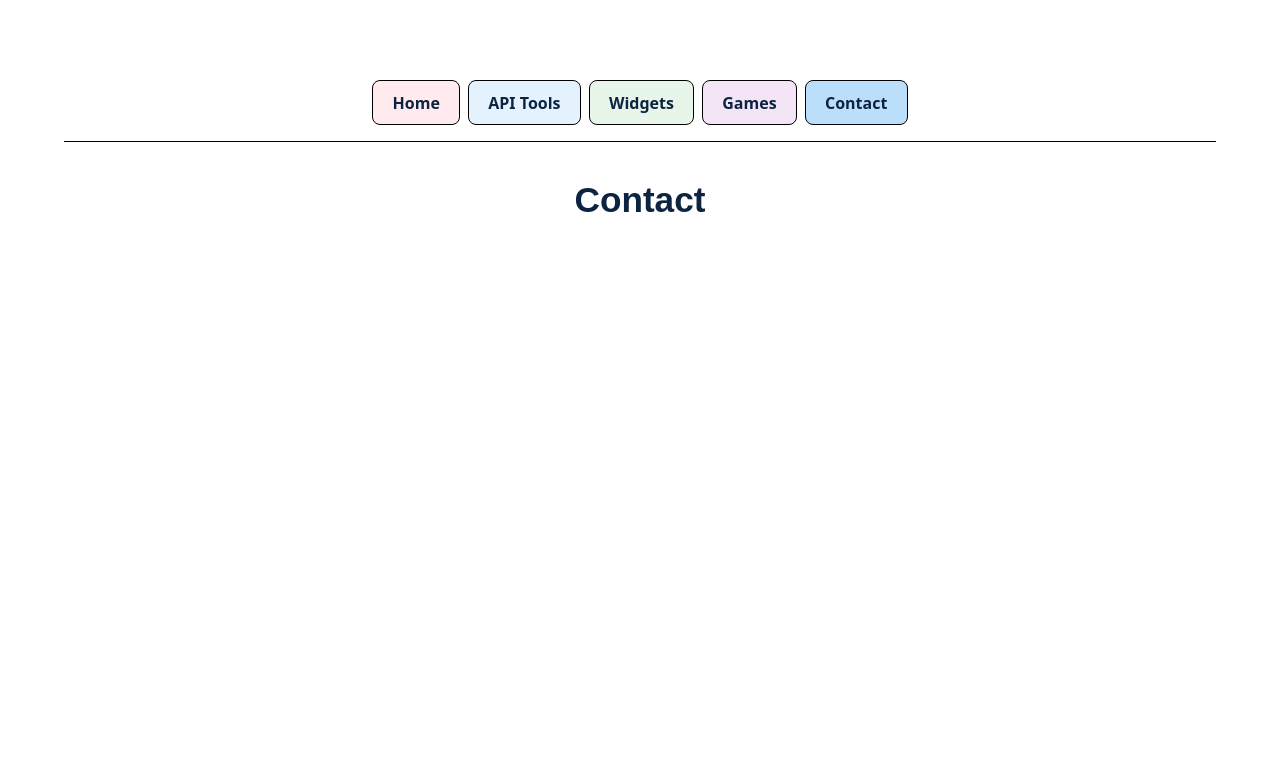
Repository: ourshadetree/TimPortfolio
Page: /contact
These files come from the project's save history. The page is drawn as it stood at one moment and after the next save; the edit follows.
The browser window is 1280 px wide. The pictures show the whole page.
The project was rebuilt for these pictures with package versions that can differ from the ones it lists, and the page was loaded fresh each time. Also part of the build but not shown: vite.config.js, src/views/HomeView.vue, src/components/MovieApi.vue, src/components/WeatherApi.vue, src/views/ApiTools.vue, src/components/Calculator.vue, src/components/UnitConverter.vue, src/views/Widgets.vue and 3 more. Imported but missing from the stored project, and not drawn on this page: src/assets/CurrentResumeTimSB.pdf.

Above is the page before, as saved 2025-05-07 14:12:09.

### src/main.js
// src/main.js
import { createApp } from 'vue'
import App        from './App.vue'
import { router } from './router'
import './assets/style.css'         // your reset / base styles

createApp(App)
  .use(router)
  .mount('#app')

### src/App.vue
<!-- src/App.vue -->
<template>
  <div id="app">
    <header>
      <nav>
        <router-link to="/"       class="tab tab--home">Home</router-link>
        <router-link to="/api-tools" class="tab tab--api">API Tools</router-link>
        <router-link to="/widgets"   class="tab tab--widgets">Widgets</router-link>
        <router-link to="/games"     class="tab tab--games">Games</router-link>
        <router-link to="/contact"   class="tab tab--contact">Contact</router-link>
      </nav>
    </header>
    <main>
      <router-view/>
    </main>
  </div>
</template>


<script setup>
// no script needed here yet
</script>

<style>
#app {
  background: white;
  min-height: 100vh;
}

/* header/nav styling */
header {
  padding: 1rem;
  border-bottom: 1px solid black;
  text-align: center;
}
nav {
  display: inline-flex;
  gap: 0.5rem;
}
nav a {
  padding: 0.5rem 1rem;
  border: 1px solid black;
  border-radius: 8px;
  background: #FDEFF9; /* pastel pink */
  color: #0C2442;
  text-decoration: none;
  font-weight: bold;
}
nav a.router-link-active {
  background: yellow; /* pastel blue when active */
}

/* base tab style */
.tab {
  padding: 0.6rem 1.2rem;
  border: 1px solid #000;
  border-radius: 8px;
  text-decoration: none;
  font-weight: bold;
  color: #0C2442;
  transition: opacity .2s;
}
.tab:hover {
  opacity: 0.8;
}

/* pastel colours for each */
.tab--home     { background: #FFEBEE; } /* very light pink */
.tab--api      { background: #E3F2FD; } /* very light blue */
.tab--widgets  { background: #E8F5E9; } /* very light green */
.tab--games    { background: #F3E5F5; } /* very light purple */
.tab--contact  { background: #FFFDE7; } /* very light yellow */

</style>

### src/router/index.js
// src/router/index.js
import { createRouter, createWebHistory } from 'vue-router'
import HomeView    from '../views/HomeView.vue'
import ApiTools    from '../views/ApiTools.vue'
import Widgets     from '../views/Widgets.vue'
import Games       from '../views/Games.vue'
import Contact     from '../views/Contact.vue'

const routes = [
  { path: '/',           name: 'Home',      component: HomeView },
  { path: '/api-tools',   name: 'API Tools', component: ApiTools },
  { path: '/widgets',     name: 'Widgets',   component: Widgets },
  { path: '/games',       name: 'Games',     component: Games },
  { path: '/contact',     name: 'Contact',   component: Contact },
]

export const router = createRouter({
  history: createWebHistory(),
  routes,
})

### src/assets/style.css
/* ------------------------------------------------------------------------
   src/assets/style.css
   ————————————————————————————————————————————————————————————————
   1) Reset / base
   2) Layout (#app, header/nav)
   3) Typography (h1)
   4) Tabs (.tab, .tab--*)
   5) Buttons, links, etc.
   ------------------------------------------------------------------------ */

/* 1) -------- Reset / Base -------- */
:root {
  /* overall color scheme */
  background-color: #ffffff;
  color: #0C2442; /* dark blue text */
  font-family: Karla, system-ui, sans-serif;
  line-height: 1.5;
}

*,
*::before,
*::after {
  box-sizing: border-box;
  margin: 0;
  padding: 0;
}

/* 2) --------#app & header/nav layout -------- */
#app {
  max-width: 1280px;
  margin: 0 auto;
  padding: 2rem;
  text-align: center;
  background: white;
  min-height: 100vh;
}

header {
  padding-bottom: 1rem;
  border-bottom: 1px solid black;
  margin-bottom: 2rem;
}

nav {
  display: inline-flex;
  gap: 0.5rem;
}

/* 3) -------- Typography -------- */
#app h1 {
  font-family: 'Sora', sans-serif;
  font-size: 2.2rem;
  font-weight: 900;
  margin: 1rem 0;
}

/* 4) -------- Tabs -------- */
.tab {
  display: inline-block;
  padding: 0.6rem 1.2rem;
  border: 1px solid black;
  border-radius: 8px;
  text-decoration: none;
  font-weight: bold;
  color: #0C2442;
  transition: opacity 0.2s;
}
.tab:hover {
  opacity: 0.8;
}

/* Pastel for each */
.tab--home     { background: #FFEBEE; } /* very light pink */
.tab--api      { background: #E3F2FD; } /* very light blue */
.tab--widgets  { background: #E8F5E9; } /* very light green */
.tab--games    { background: #F3E5F5; } /* very light purple */
.tab--contact  { background: #FFFDE7; } /* very light yellow */

/* Active tab override */
.router-link-active {
  /* pastel‑blue highlight for whichever is active */
  background: #BBDEFB !important;
}

/* 5) -------- Buttons & Links -------- */
button {
  border-radius: 8px;
  border: 1px solid black;
  padding: 0.6rem 1.2rem;
  font: inherit;
  background: #f0f0f0;
  cursor: pointer;
  transition: background 0.2s;
}
button:hover {
  background: #e0e0e0;
}

a {
  color: inherit;
  text-decoration: none;
}

### src/views/Contact.vue
<!-- src/views/Contact.vue -->
<template><section><h1>Contact</h1></section></template>
<script setup></script>
<style scoped></style>

Loaded but not shown: index.html (common file)

After the next save:
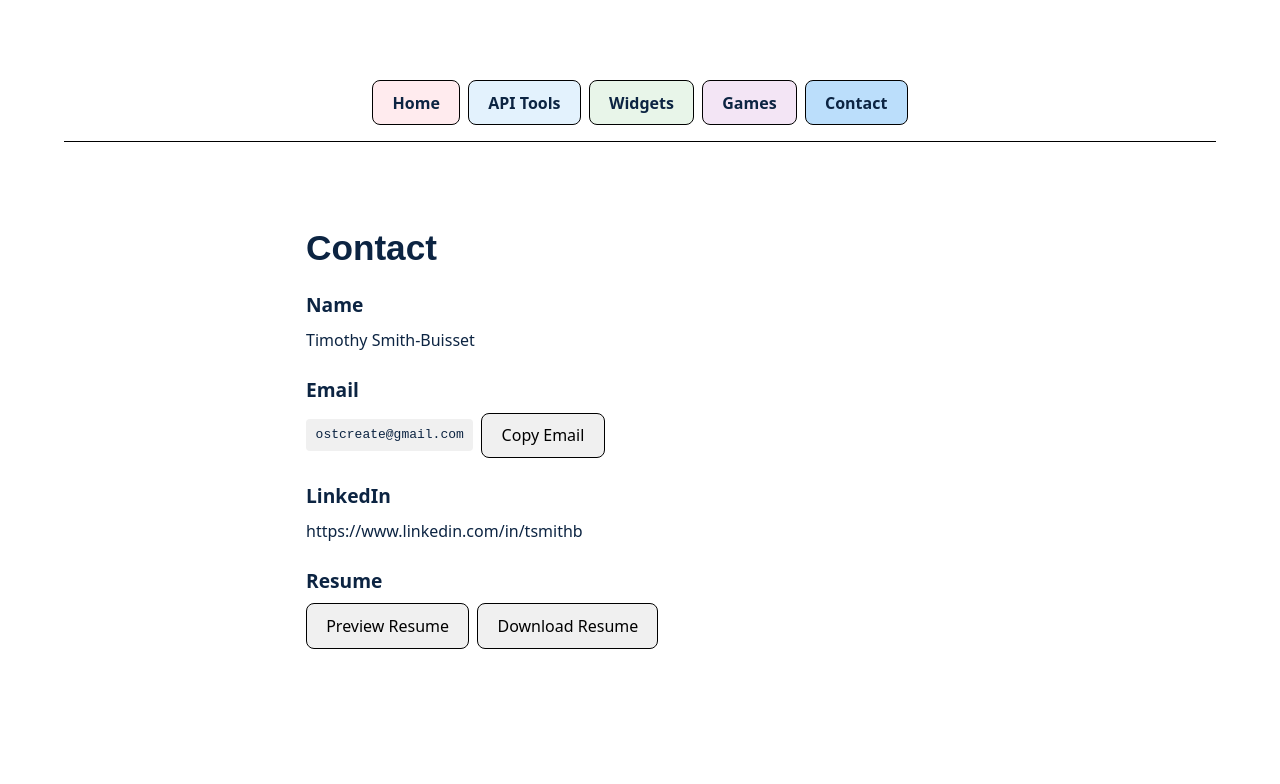
Saved 7 min 7 s later.
--- a/src/views/Contact.vue
+++ b/src/views/Contact.vue
@@ -1,4 +1,114 @@
 <!-- src/views/Contact.vue -->
-<template><section><h1>Contact</h1></section></template>
-<script setup></script>
-<style scoped></style>
+<template>
+    <section class="contact">
+      <h1>Contact</h1>
+
+      <div class="contact-list">
+        <!-- Name -->
+        <div class="contact-item">
+          <h2>Name</h2>
+          <p>Timothy Smith‑Buisset</p>
+        </div>
+
+        <!-- Email + copy button -->
+        <div class="contact-item">
+          <h2>Email</h2>
+          <div class="email-copy">
+            <p>{{ email }}</p>
+            <button @click="copyEmail" :disabled="copied">
+              {{ copied ? 'Copied!' : 'Copy Email' }}
+            </button>
+          </div>
+        </div>
+
+        <!-- LinkedIn -->
+        <div class="contact-item">
+          <h2>LinkedIn</h2>
+          <a :href="linkedinUrl" target="_blank" rel="noopener">
+            {{ linkedinUrl }}
+          </a>
+        </div>
+
+        <!-- Resume preview/download -->
+        <div class="contact-item">
+          <h2>Resume</h2>
+          <div class="resume-buttons">
+            <a :href="resumeUrl" target="_blank" rel="noopener">
+              <button>Preview Resume</button>
+            </a>
+            <a :href="resumeUrl" download>
+              <button>Download Resume</button>
+            </a>
+          </div>
+        </div>
+      </div>
+    </section>
+  </template>
+
+  <script setup>
+  import { ref } from 'vue'
+  import resumeFile from '@/assets/CurrentResumeTimSB.pdf'
+
+  const email = 'ostcreate@gmail.com'
+  const linkedinUrl = 'https://www.linkedin.com/in/tsmithb'
+  const resumeUrl = resumeFile
+
+  const copied = ref(false)
+
+  function copyEmail() {
+    navigator.clipboard
+      .writeText(email)
+      .then(() => {
+        copied.value = true
+        setTimeout(() => {
+          copied.value = false
+        }, 2000)
+      })
+      .catch(() => {
+        // optional: handle failure (e.g. show an error toast)
+      })
+  }
+  </script>
+
+  <style scoped>
+  .contact {
+    max-width: 700px;
+    margin: 0 auto;
+    padding: 2rem 1rem;
+    text-align: left;
+  }
+
+  .contact-list {
+    display: flex;
+    flex-direction: column;
+    gap: 1.5rem;
+  }
+
+  .contact-item h2 {
+    font-size: 1.2rem;
+    margin-bottom: 0.5rem;
+  }
+
+  .email-copy {
+    display: flex;
+    align-items: center;
+    gap: 0.5rem;
+  }
+
+  .email-copy p {
+    margin: 0;
+    font-family: monospace;
+    background: #f0f0f0;
+    padding: 0.4rem 0.6rem;
+    border-radius: 4px;
+  }
+
+  .resume-buttons {
+    display: flex;
+    gap: 0.5rem;
+  }
+
+  .resume-buttons button {
+    /* reuse your global button styles */
+  }
+  </style>
